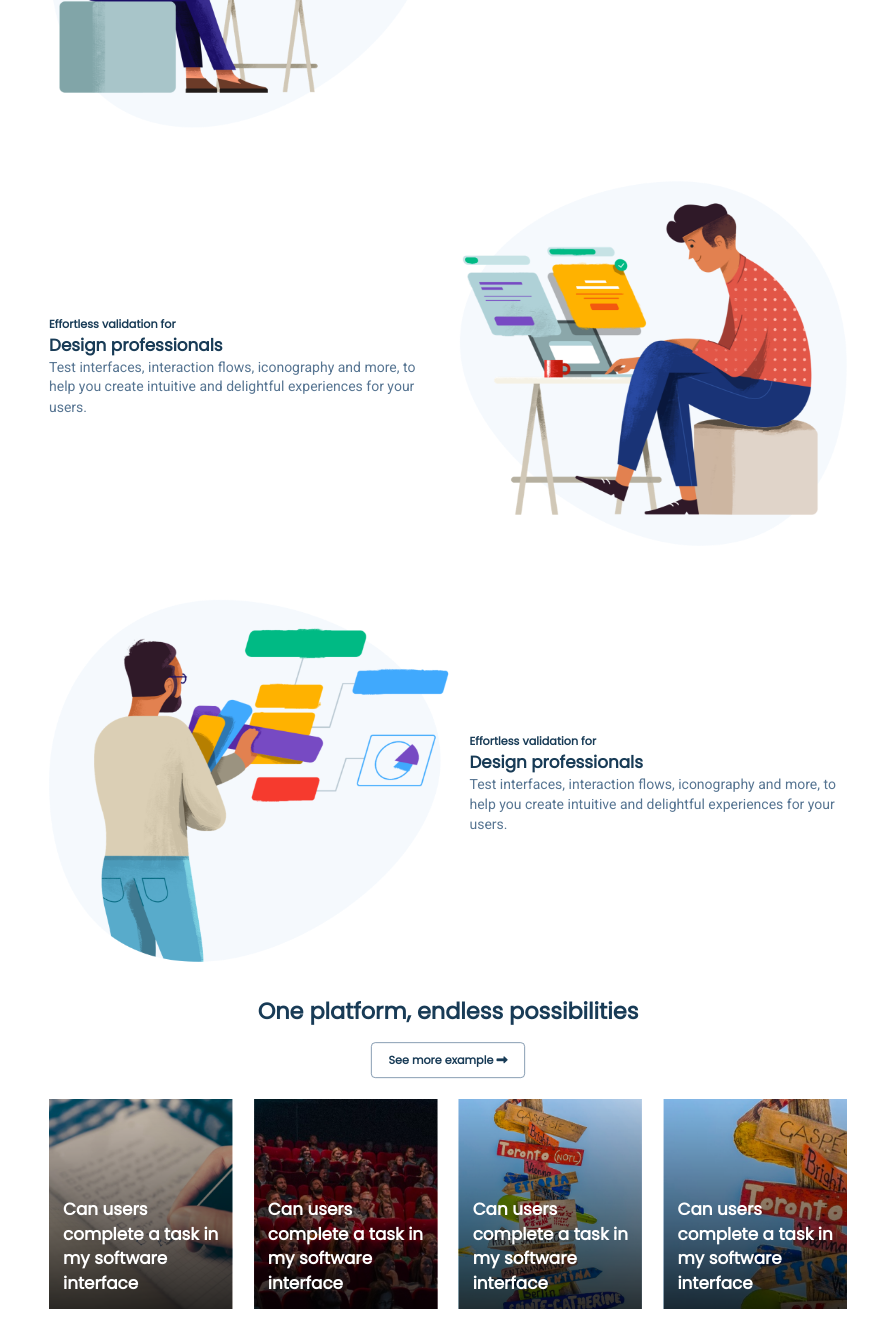
Repository: ramlakhan1/clone1
Page: index.html
An editor plug-in stored every save of this project. The page is shown before and after a run of saves, followed by the edit.
The browser window is 1280 px wide. The pictures show the part of the page from y = 2160 to 4080 px (the page is 4080 px tall), at 70% of full size.
Some web libraries are served in a nearby version.

Above is the page before, as saved 2022-11-29 21:38:44.

### index.html
<!DOCTYPE html>
<html lang="en">
  <head>
    <meta charset="UTF-8" />
    <meta http-equiv="X-UA-Compatible" content="IE=edge" />
    <meta name="viewport" content="width=device-width, initial-scale=1.0" />
    <title>Document</title>
    <link rel="stylesheet" href="style.css" />
  </head>
  <body>
    <div class="top-banner">
      <div class="container">
        <div class="small-bold-text banner-text">
          🥳 New to UsabilityHub: Open and closed card sorting!
        </div>
      </div>
    </div>
    <nav>
      <div class="container main-nav flex">
        <a href="#" class="company-logo">
          <img src="./assets/asset 1.png" alt="company logo" />
        </a>
        <div class="nav-links">
          <ul class="flex">
            <li><a href="#" class="hover-links">Products</a></li>
            <li><a href="#" class="hover-links">Customer</a></li>
            <li><a href="#" class="hover-links">Pricing</a></li>
            <li><a href="#" class="hover-links">Resources</a></li>
            <li>
              <a href="#" class="hover-links secondary-button">Sign in</a>
            </li>
            <li><a href="#" class="hover-links primary-button">Sign up</a></li>
          </ul>
        </div>
      </div>
    </nav>
    <header>
      <div class="container header-section flex">
        <div class="header-left">
          <h1>Design confidently</h1>
          <p>
            UsabilityHub is a remote user research platform that takes the
            guesswork out of design decisions by validating them with real
            users.
          </p>
          <a href="#" class="primary-button get-started-btn">Get started</a>
        </div>
        <div class="header-right">
          <img src="./assets/asset 2.png" alt="hero-image" />
        </div>
      </div>
    </header>
    <div class="companies-section">
      <div class="container">
        <div class="small-bold-text companies-header">
          The world’s best companies rely on UsabilityHub to make better design
          decisions.
        </div>
        <div class="logos flex">
          <img src="./assets/asset 3.png" class="logo" alt="" />
          <img src="./assets/asset 4.png" class="logo" alt="" />
          <img src="./assets/asset 5.png" class="logo" alt="" />
          <img src="./assets/asset 6.png" class="logo" alt="" />
          <img src="./assets/asset 7.png" class="logo" alt="" />
          <img src="./assets/asset 8.svg" class="logo" alt="" />
          <img src="./assets/asset 9.png" class="logo" alt="" />
        </div>
      </div>
    </div>
    <section class="features-section">
      <div class="container">
        <div class="features-header">
          <h2>Yours user research Swiss Army knife</h2>
          <a href="#" class="secondary-button"
            >See all feature <i class="fa-solid fa-right-long"></i
          ></a>
        </div>
        <div class="features-area flex">
          <div class="features-card flex">
            <img src="./assets/asset 11.svg" alt="" />
            <h3>Card Sorting</h3>
            <p>Discover how people group and label information.</p>
            <a href="#" class="secondary-button"
              >Learn more <i class="fa-solid fa-right-long"></i
            ></a>
          </div>
          <div class="features-card flex">
            <img src="./assets/asset 13.svg" alt="" />
            <h3>Prototype tests</h3>
            <p>Discover how people navigate your Figma prototypes.</p>
            <a href="#" class="secondary-button"
              >Learn more <i class="fa-solid fa-right-long"></i
            ></a>
          </div>
          <div class="features-card flex">
            <img src="./assets/asset 14.svg" alt="" />
            <h3>First click tests</h3>
            <p>Test interaction with first click and navigation tests.</p>
            <a href="#" class="secondary-button"
              >Learn more <i class="fa-solid fa-right-long"></i
            ></a>
          </div>
          <div class="features-card flex">
            <img src="./assets/asset 15.svg" alt="" />
            <h3>Design surveys</h3>
            <p>Get feedback on images, videos or audio files.</p>
            <a href="#" class="secondary-button"
              >Learn more <i class="fa-solid fa-right-long"></i
            ></a>
          </div>
          <div class="features-card flex">
            <img src="./assets/asset 16.svg" alt="" />
            <h3>Preference tests</h3>
            <p>Find out which designs users prefer and why.</p>
            <a href="#" class="secondary-button"
              >Learn more <i class="fa-solid fa-right-long"></i
            ></a>
          </div>
          <div class="features-card flex">
            <img src="./assets/asset 17.svg" alt="" />
            <h3>Five second tests</h3>
            <p>Test comprehensibility by measuring first impressions.</p>
            <a href="#" class="secondary-button"
              >Learn more <i class="fa-solid fa-right-long"></i
            ></a>
          </div>
        </div>
      </div>
    </section>
    <section class="big-feature-section">
      <div class="container flex big-feature-container">
        <div class="feature-img">
          <img src="./assets/asset 18.png" alt="" />
        </div>
        <div class="feature-desc flex">
          <h4>Effortless validation for</h4>
          <h3>Design professionals</h3>
          <p>
            Test interfaces, interaction flows, iconography and more, to help
            you create intuitive and delightful experiences for your users.
          </p>
        </div>
      </div>
    </section>
    <section class="big-feature-section">
      <div
        class="container flex big-feature-container"
        style="flex-direction: row-reverse"
      >
        <div class="feature-img">
          <img src="./assets/asset 21.png" alt="" />
        </div>
        <div class="feature-desc flex">
          <h4>Effortless validation for</h4>
          <h3>Design professionals</h3>
          <p>
            Test interfaces, interaction flows, iconography and more, to help
            you create intuitive and delightful experiences for your users.
          </p>
        </div>
      </div>
    </section>
    <section class="big-feature-section">
      <div class="container flex big-feature-container">
        <div class="feature-img">
          <img src="./assets/asset 24.png" alt="" />
        </div>
        <div class="feature-desc flex">
          <h4>Effortless validation for</h4>
          <h3>Design professionals</h3>
          <p>
            Test interfaces, interaction flows, iconography and more, to help
            you create intuitive and delightful experiences for your users.
          </p>
        </div>
      </div>
    </section>

    <section class="example-section">
      <div class="container">
        <div class="example-header flex">
          <h2 class="example-heading-text">
            One platform, endless possibilities
          </h2>
          <a href="#" class="secondary-button"
            >See more example <i class="fa-solid fa-right-long"></i
          ></a>
        </div>
        <div class="example-area flex">
          <a href="#" class="examples-card" style=" background: linear-gradient(rgb(0, 0, 0, 0.1), rgb(0, 0, 0, 0.8)), url('./assets/asset\ 34.jpeg'); background-size: cover;">
            <h3 class="card-text">
              Can users complete a task in my software interface
            </h3>
          </a>
          <a href="#" class="examples-card" style=" background: linear-gradient(rgb(0, 0, 0, 0.1), rgb(0, 0, 0, 0.8)), url('./assets/asset\ 36.jpeg');">
            <h3 class="card-text">
              Can users complete a task in my software interface
            </h3>
          </a>
          <a href="#" class="examples-card " style=" background: linear-gradient(rgb(0, 0, 0, 0.1), rgb(0, 0, 0, 0.8)), url('./assets/asset\ 35.jpeg'); background-size: cover;">
            <h3 class="card-text">
              Can users complete a task in my software interface
            </h3>
          </a>
          <a href="#" class="examples-card">
            <h3 class="card-text">
              Can users complete a task in my software interface
            </h3>
          </a>
        </div>
      </div>
    </section>
    <section class="cta-section"></section>
    <footer></footer>
    <div class="sunfooter"></div>
    <script
      src="https://kit.fontawesome.com/4353b2cb35.js"
      crossorigin="anonymous"
    ></script>
  </body>
</html>

### style.css
@import url('https://fonts.googleapis.com/css2?family=Poppins&family=Roboto&display=swap');

*{
    margin: 0;
    padding: 0;
    box-sizing: border-box;
}
:root {
    --primary-text-color: #183b56;
    --secondary-text-color: #577592;
    --accent-color: #2294ed;
    --accent-color-dark: #1d69a3;
    --padding-inline-section: 20px;
}
body {
    font-family: 'Poppins', sans-serif;
    color: var(--primary-text-color);
}

h1{
    font-size: 3rem;
}
h2 {
    font-size: 2rem;
}
h3{
    font-size: 1.5rem;
}
p{
    font-family: 'Roboto', sans-serif;
    font-size: 1.25rem;
    color: var(--secondary-text-color);
    line-height: 1.8rem;
}
.primary-button {
    background-color: var(--accent-color);
    border-radius: 6px;
    font-weight: 700;
    color: white !important;;
    padding: 12px 24px;
    box-shadow: 0 0 2px var(--secondary-text-color);
    transition: 0.s ease-out;
}
.secondary-button {
    border: 0.5px solid var(--secondary-text-color);
    border-radius: 6px;
    font-weight: 700;
    color: var(--primary-text-color) !important;
    padding: 12px 24px;
    transition: 0.2 ease-out;
}
.secondary-button:hover {
    border-color: var(--accent-color);
    color: var(--accent-color) !important;
}

.primary-button:hover {
    background-color: var(--accent-color-dark);
}
.hover-links {
    color: var(--primary-text-color)
}

.hover-links:hover {
    color: var(--accent-color);
    transition: 0.2s ease-out;
}

a {
    text-decoration: none;
    display: inline-block;
}
.container {
    max-width: 1180px;
    margin-inline:  auto;
    padding: var(--padding-inline-section);
}
.flex {
    display: flex;
    align-items: center;
}
.small-bold-text {
    font-size: 1rem;
    font-weight: 700;
}
.banner-text {
    color: white;
    padding: 15px 30px;
    text-align: center;
}
.top-banner {
    background-image: url('./assets/asset\30.png');
    background-color: #4fb3d4;
    background-size: 300px;
}
ul{
    list-style-type: none;
}
.main-nav{
    margin-top: 20px;
justify-content: space-between;
}
.company-logo img {
    width: 200px;
}
.nav-links{
    flex-basis: 730px;
}
.nav-links ul{
 justify-content: end;
 gap: 40px;
}

header {
    padding: 50px var(--padding-inline-section) 0;
}
.header-left h1{
    margin-top: 20px;
}
.header-left {
    max-width: 40vw;
}
.header-section {
    justify-content: center;
    gap: 50px;
}

.header-right img {
    width: 600px;
}
.get-started-btn {
    margin-top: 20px;
}

.companies-header {
    text-align: center;
    margin-block: 30px;
    color: var(--primary-text-color);
}
.logos {
    justify-content: space-between;
    flex-wrap: wrap;
}
.logo{
  height: 46px;
}
.features-section{
    padding: 80px var(--padding-inline-section) 0;
    background-image: url('./assets/asset\ 32.svg');
    background-repeat: no-repeat;
    background-position: center;
}
.features-header{
    text-align: center;
}
.features-header h2{
    margin-bottom: 20px;
}
.features-area {
    flex-wrap: wrap;
    justify-content: space-between;
    gap: 40px;
    margin-top: 20px;
}
.features-card {
    flex-direction: column;
    gap: 20px;
    max-width: 30%;
    text-align: center;
}
.big-feature-section {
    padding: 30px var(--padding-inline-section) 0;
}
.big-feature-container {
    gap: 30px;
}
.feature-img img{
 width: 100%;
}
.feature-desc {
    flex-direction: column;
    align-items: flex-start;

}

.example-header {
    /* text-align: center; */
    flex-direction: column;
    gap: 20px;
}
.example-area{
    justify-content: space-between;
    margin-block: 30px;
}

.examples-card {
    width: 23%;
    position: relative;
    min-height: 300px;
    background: black;
    background: linear-gradient(rgb(0, 0, 0, 0.1), rgb(0, 0, 0, 0.8)), url('./assets/asset\ 35.jpeg');
}
.card-text{
    position: absolute;
    bottom: 20px;
    left: 20px;
    right: 20px;
    color: white;
}

After the next 2 saves:
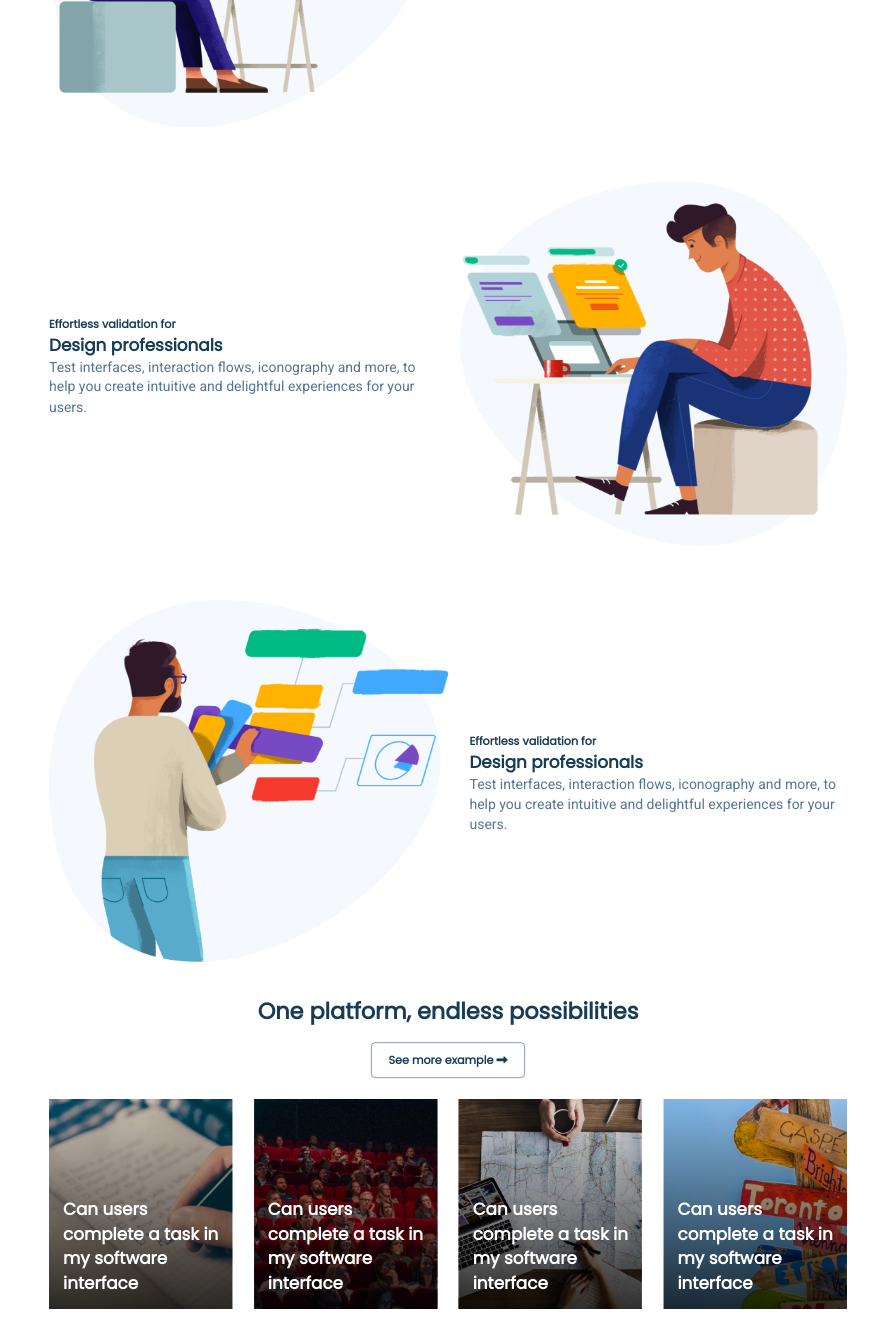
The 2 saves are shown as one change because they came seconds apart.
The last was saved 21 s later.
--- a/index.html
+++ b/index.html
@@ -197,7 +197,7 @@
               Can users complete a task in my software interface
             </h3>
           </a>
-          <a href="#" class="examples-card " style=" background: linear-gradient(rgb(0, 0, 0, 0.1), rgb(0, 0, 0, 0.8)), url('./assets/asset\ 35.jpeg'); background-size: cover;">
+          <a href="#" class="examples-card " style=" background: linear-gradient(rgb(0, 0, 0, 0.1), rgb(0, 0, 0, 0.8)), url('./assets/asset\ 37.jpeg'); background-size: cover;">
             <h3 class="card-text">
               Can users complete a task in my software interface
             </h3>
